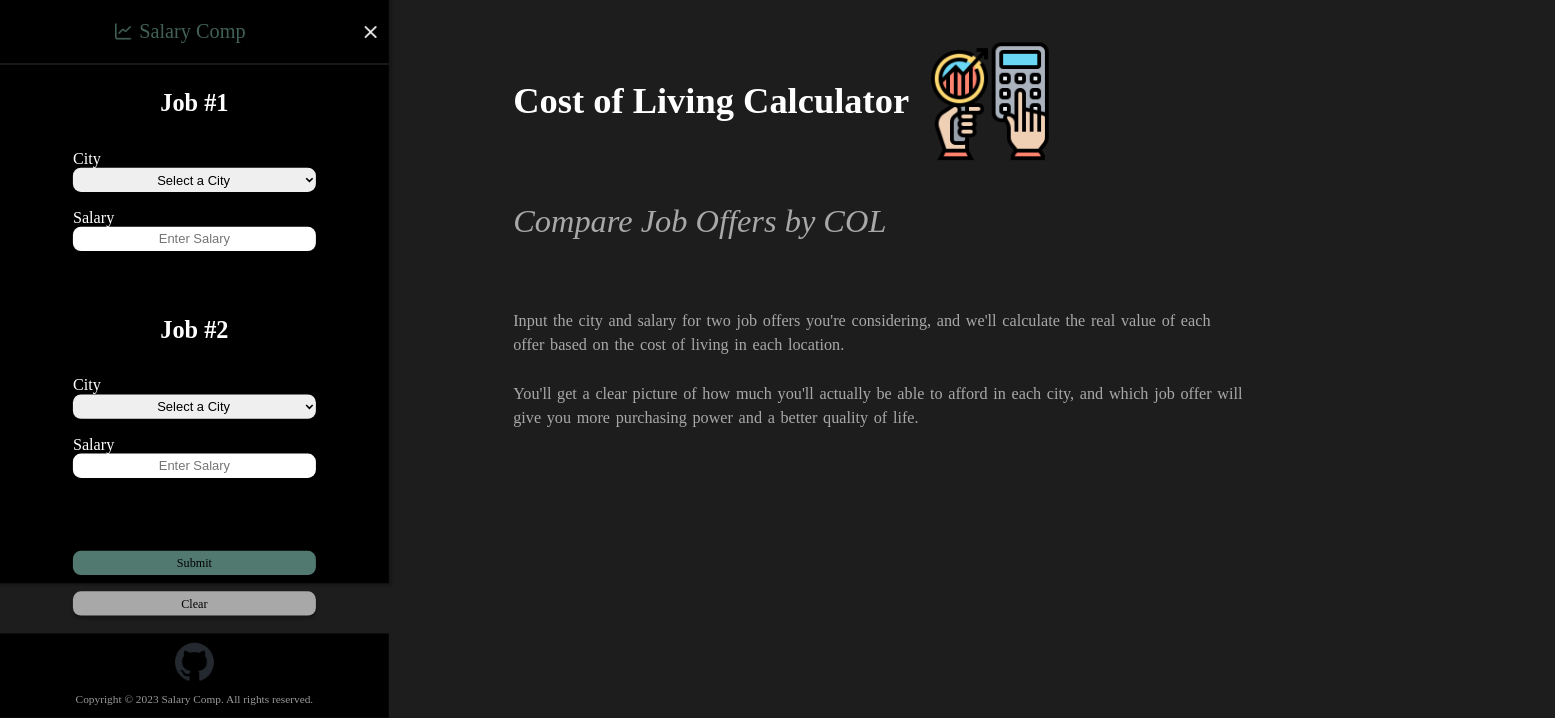
Repository: robbymcd/Salary-Comp
Page: /
These files come from the project's save history. The page is drawn as it stood at one moment and after the next save; the edit follows.
The browser window is 1920 px wide. The pictures show the whole page, at 81% of full size.
Some web fonts or font styles are not loaded; a fallback is used. The project was rebuilt for these pictures with package versions that can differ from the ones it lists, and the page was loaded fresh each time. Also part of the build but not shown: src/Main.css, src/Main.js.

Above is the page before, as saved 2023-06-16 11:23:52.

### public/index.html
<!DOCTYPE html>
<html lang="en">
  <head>
    <meta charset="utf-8" />
    <link rel="icon" href="%PUBLIC_URL%/favicon.ico" />
    <meta name="viewport" content="width=device-width, initial-scale=1" />
    <meta name="theme-color" content="#000000" />
    <meta
      name="description"
      content="Compare Job Offers by COL"
    />
    <link rel="apple-touch-icon" href="%PUBLIC_URL%/logo192.png" />
    <!--
      manifest.json provides metadata used when your web app is installed on a
      user's mobile device or desktop. See https://developers.google.com/web/fundamentals/web-app-manifest/
    -->
    <link rel="manifest" href="%PUBLIC_URL%/manifest.json" />
    <!--
      Notice the use of %PUBLIC_URL% in the tags above.
      It will be replaced with the URL of the `public` folder during the build.
      Only files inside the `public` folder can be referenced from the HTML.

      Unlike "/favicon.ico" or "favicon.ico", "%PUBLIC_URL%/favicon.ico" will
      work correctly both with client-side routing and a non-root public URL.
      Learn how to configure a non-root public URL by running `npm run build`.
    -->
    <title>Salary Comp</title>
  </head>
  <body>
    <noscript>You need to enable JavaScript to run this app.</noscript>
    <div id="root"></div>
    <!--
      This HTML file is a template.
      If you open it directly in the browser, you will see an empty page.

      You can add webfonts, meta tags, or analytics to this file.
      The build step will place the bundled scripts into the <body> tag.

      To begin the development, run `npm start` or `yarn start`.
      To create a production bundle, use `npm run build` or `yarn build`.
    -->
  </body>
</html>

### src/index.css
body {
  margin: 0;
  font-family: -apple-system, BlinkMacSystemFont, 'Segoe UI', 'Roboto', 'Oxygen',
    'Ubuntu', 'Cantarell', 'Fira Sans', 'Droid Sans', 'Helvetica Neue',
    sans-serif;
  -webkit-font-smoothing: antialiased;
  -moz-osx-font-smoothing: grayscale;
  height: 100%;
  width: 100%;
}

html {
  height: 100%;
  width: 100%;
  background-color: #1D1D1D;
}

code {
  font-family: source-code-pro, Menlo, Monaco, Consolas, 'Courier New',
    monospace;
}

### src/App.js
import React, { useState } from 'react';
import './App.css';
import Sidebar from './Sidebar.js';
import Content from './Content.js';

function App() {
  const [isSubmitted, setIsSubmitted] = useState(false);
  const [cityCOL1, setCityCOL1] = useState('');
  const [cityCOL2, setCityCOL2] = useState('');
  const [cityName1, setCityName1] = useState('');
  const [cityName2, setCityName2] = useState('');
  const [salary1, setSalary1] = useState('');
  const [salary2, setSalary2] = useState('');

  const handleFormSubmit = (formData) => {
    setIsSubmitted(true);
    setCityCOL1(formData.cityCOL1);
    setCityCOL2(formData.cityCOL2);
    setCityName1(formData.cityName1);
    setCityName2(formData.cityName2);
    setSalary1(formData.salary1);
    setSalary2(formData.salary2);
  };

  return (
    <div className="main">
        <Sidebar onFormSubmit={handleFormSubmit}/>
        <Content isSubmitted={isSubmitted} cityCOL1={cityCOL1} cityCOL2={cityCOL2} cityName1={cityName1} cityName2={cityName2} salary1={salary1} salary2={salary2} />
    </div>
  );
}

export default App;

### src/App.css
.main {
    display: flex;
    flex-direction: row;
    height: 200%;
    width: 100%;
    background-color: #1D1D1D;
}

### src/Sidebar.js
import React, { useState, useRef } from 'react';
import plus from './plus.png';
import './Sidebar.css';
import chart from './chart.png';
import github from './github.png';
import x from './x.png';
import './OpenSidebar.css';
import './Select.css';

export default function Sidebar( { onFormSubmit } ) {
    const [isOpen, setIsOpen] = useState(true);
    const [isClosed, setIsClosed] = useState(false);

    const [city1, setCity1] = useState('0');
    const [city2, setCity2] = useState('0');

    const [salary1, setSalary1] = useState('');
    const [salary2, setSalary2] = useState('');


    const [error, setError] = useState(false);

    const selectRef1 = useRef(null);
    const selectRef2 = useRef(null);

    const formatSalary = (salary) => {
        salary = salary.replace(/[^0-9]/g, '');

        // Convert the salary to a number and format it with commas
        const formattedSalary = Number(salary).toLocaleString();

        // Add the '$' symbol
        return '$' + formattedSalary;
    }

    const openSidebar = () => {
        setIsOpen(true);
        setIsClosed(false);
    }

    const closeSidebar = () => {
        setIsOpen(false);
        setIsClosed(true);
    }

    const city1ChangeHandler = (event) => {
        setCity1(event.target.value)
    }

    const city2ChangeHandler = (event) => {
        setCity2(event.target.value);
    }


    const salary1ChangeHandler = (event) => {
        const inputValue = event.target.value;
        const formattedValue = formatSalary(inputValue);
        const regex = /\d/;

        if (regex.test(formattedValue[formattedValue.length - 1])) {
          setSalary1(formattedValue);
        } else {
            setSalary1(formattedValue.slice(0, formattedValue.length - 1));
        }
      }


    const salary2ChangeHandler = (event) => {
        const inputValue = event.target.value;
        const formattedValue = formatSalary(inputValue);
        const regex = /\d/;
        if (regex.test(formattedValue[formattedValue.length - 1])) {
            setSalary2(formattedValue);
        } else {
            setSalary2(formattedValue.slice(0, formattedValue.length - 1));
        }
    }

    const refresh = () => {
        window.location.reload(false);
    }

    const submitHandler = (event) => {
        event.preventDefault();
        if (city1 === '0' | city2 === '0' | salary1 === '' | salary2 === '') {
            setError(true);
            return;
        }
        setError(false);
        const formData = {
            cityCOL1: city1,
            cityCOL2: city2,
            cityName1: selectRef1.current.options[selectRef1.current.selectedIndex].text,
            cityName2: selectRef2.current.options[selectRef2.current.selectedIndex].text,
            salary1: salary1,
            salary2: salary2
        };
        onFormSubmit(formData);
    }

    const clearHandler = (event) => {
        event.preventDefault();
        setError(false);
        setCity1('0');
        setCity2('0');
        setSalary1('');
        setSalary2('');
    }

    return (
        <div className="sidebar">
            {isClosed && (
                <div className='closed-sidebar'>
                <img
                    className="plusIcon"
                    src={plus}
                    alt="plus"
                    onClick={openSidebar}
                />
            </div>
            )}
            {isOpen && (
                <div className='open-sidebar'>
                <div className='sidebar-header'>
                    <div className='logo' onClick={refresh}>
                        <img className='chart' src={chart} alt='Chart'></img>
                        <p>Salary Comp</p>
                    </div>
                    <img className='x' src={x} alt='x' onClick={closeSidebar}></img>
                </div>
                <form className='form' onSubmit={onFormSubmit}>
                    <h1>Job #1</h1>
                    <div className='city'>
                        <label>City</label>
                        <div className="select-main">
                            <select ref={selectRef1} value={city1} className='select-input' onChange={city1ChangeHandler}>
                                <option value='0'>Select a City</option>
                                <option value='89.1'>Abilene, TX</option>
                                <option value='90.5'>Adrian, MI</option>
                                <option value='89.4'>Akron, OH</option>
                                <option value='85.8'>Alamogordo, NM</option>
                                <option value='87.3'>Albany, GA</option>
                                <option value='105.4'>Albany, OR</option>
                                <option value='100.1'>Albany, NY</option>
                                <option value='90.9'>Albertville, AL</option>
                                <option value='92.9'>Albuquerque, NM</option>
                                <option value='86.2'>Alexandria, LA</option>
                                <option value='98.9'>Allentown, PA</option>
                                <option value='90.8'>Altoona, PA</option>
                                <option value='88.2'>Amarillo, TX</option>
                                <option value='91.5'>Ames, IA</option>
                                <option value='110.7'>Anchorage, AK</option>
                                <option value='99.3'>Ann Arbor, MI</option>
                                <option value='85.7'>Anniston, AL</option>
                                <option value='90.7'>Appleton, WI</option>
                                <option value='103.3'>Asheville, NC</option>
                                <option value='87.4'>Ashtabula, OH</option>
                                <option value='88.5'>Athens, OH</option>
                                <option value='92.9'>Athens, TX</option>
                                <option value='95'>Athens, GA</option>
                                <option value='100.3'>Atlanta, GA</option>
                                <option value='102'>Atlantic City, NJ</option>
                                <option value='93.7'>Auburn, NY</option>
                                <option value='91.9'>Auburn, AL</option>
                                <option value='91.6'>Augusta, GA</option>
                                <option value='100'>Augusta, ME</option>
                                <option value='106.6'>Austin, TX</option>
                                <option value='102.9'>Bakersfield, CA</option>
                                <option value='107'>Baltimore, MD</option>
                            </select>
                        </div>
                    </div>
                    <div className='salary'>
                        <label>Salary</label>
                        <input className='salary-input' type='text' placeholder='Enter Salary' onChange={salary1ChangeHandler} value={salary1}></input>
                    </div>
                    <h1>Job #2</h1>
                    <div className='city'>
                        <label>City</label>
                        <div className="select-main">
                            <select ref={selectRef2} value={city2} className='select-input' onChange={city2ChangeHandler}>
                                <option value='0'>Select a City</option>
                                <option value='89.1'>Abilene, TX</option>
                                <option value='90.5'>Adrian, MI</option>
                                <option value='89.4'>Akron, OH</option>
                                <option value='85.8'>Alamogordo, NM</option>
                                <option value='87.3'>Albany, GA</option>
                                <option value='105.4'>Albany, OR</option>
                                <option value='100.1'>Albany, NY</option>
                                <option value='90.9'>Albertville, AL</option>
                                <option value='92.9'>Albuquerque, NM</option>
                                <option value='86.2'>Alexandria, LA</option>
                                <option value='98.9'>Allentown, PA</option>
                                <option value='90.8'>Altoona, PA</option>
                                <option value='88.2'>Amarillo, TX</option>
                                <option value='91.5'>Ames, IA</option>
                                <option value='110.7'>Anchorage, AK</option>
                                <option value='99.3'>Ann Arbor, MI</option>
                                <option value='85.7'>Anniston, AL</option>
                                <option value='90.7'>Appleton, WI</option>
                                <option value='103.3'>Asheville, NC</option>
                                <option value='87.4'>Ashtabula, OH</option>
                                <option value='88.5'>Athens, OH</option>
                                <option value='92.9'>Athens, TX</option>
                                <option value='95'>Athens, GA</option>
                                <option value='100.3'>Atlanta, GA</option>
                                <option value='102'>Atlantic City, NJ</option>
                                <option value='93.7'>Auburn, NY</option>
                                <option value='91.9'>Auburn, AL</option>
                                <option value='91.6'>Augusta, GA</option>
                                <option value='100'>Augusta, ME</option>
                                <option value='106.6'>Austin, TX</option>
                                <option value='102.9'>Bakersfield, CA</option>
                                <option value='107'>Baltimore, MD</option>
                            </select>
                        </div>
                    </div>
                    <div className='salary'>
                        <label>Salary</label>
                        <input className='salary-input' type='text' placeholder='Enter Salary' onChange={salary2ChangeHandler} value={salary2}></input>
                        {error && <p className='error'>Please fill out all fields</p>}
                    </div>
                    <div className='button-container'>
                        <div className='submit-container'>
                            <button className='submit' onClick={submitHandler} type='submit'>Submit</button>
                        </div>
                        <div className='clear-container'>
                            <button className='clear' onClick={clearHandler}>Clear</button>
                        </div>
                    </div>
                </form>
                <div className='footer'>
                    <img className='github' src={github} alt='github'></img>
                    <p className='copyright'>Copyright © 2023 Salary Comp. All rights reserved.</p>
                </div>
            </div>
            )}
        </div>
    );
}

### src/Content.js
import React from 'react';
import './Content.css';
import Instruction from './Instruction.js';
import Main from './Main.js';

export default function Content({ isSubmitted ,cityCOL1 ,cityCOL2, cityName1, cityName2 , salary1, salary2 }) {

    return (
        <div className='Content-container'>
            {isSubmitted ? <Main cityCOL1={cityCOL1} cityCOL2={cityCOL2} cityName1={cityName1} cityName2={cityName2} salary1={salary1} salary2={salary2}/> : <Instruction />}
        </div>
    );
}

### src/Sidebar.css
@import url('https://fonts.googleapis.com/css?family=Roboto-Mono');
@import url('https://fonts.googleapis.com/css?family=Mukta-Vaani');
.sidebar {
    display: flex;
    height: 100vh;
    width: fit-content;
}

.closed-sidebar {
    display: flex;
    height: 100vh;
    width: fit-content;
    margin-right: 22vw;
}

.plusIcon {
    height: 30px;
    width: 30px;
    margin-left: 20px;
    align-self: center;
    cursor: pointer;
}

.plusIcon:hover {
    opacity: 0.5;
}

.error {
    display: flex;
    font-size: 15px;
    margin-bottom: -15px;
    color: #BA1F33;
}

.button-container {
    display: flex;
    flex-direction: column;
    gap: 10px;
    margin-top: 20px;
}

.submit-container {
    display: flex;
}

.submit {
    height: 30px;
    width: clamp(100px, 20vw, 300px);
    border-radius: 10px;
    border: none;
    outline: none;
    cursor: pointer;
    background-color: #52796F;
    font-family: Mukta Vaani;
    font-size: 15px;
    color: #000;
    box-shadow: 0px 4px 4px rgba(0, 0, 0, 0.25);
}

.submit:hover {
    opacity: 0.8;
}

.clear-container {
    display: flex;
}

.clear {
    height: 30px;
    width: clamp(100px, 20vw, 300px);
    border-radius: 10px;
    border: none;
    outline: none;
    cursor: pointer;
    background-color: #a8a8a8;
    font-family: Mukta Vaani;
    font-size: 15px;
    color: #000;
    box-shadow: 0px 4px 4px rgba(0, 0, 0, 0.25);
}

.clear:hover {
    opacity: 0.8;
}

@media screen and (min-width: 1650px) {
    .button-container {
        gap: 20px;
    }
}

### src/OpenSidebar.css
@import url('https://fonts.googleapis.com/css?family=Roboto-Mono');
@import url('https://fonts.googleapis.com/css?family=Mukta-Vaani');

.open-sidebar {
    display: flex;
    flex-direction: column;
    height: 100vh;
    width: 25vw;
    background-color: #000;
    box-shadow: 0px 0px 4px 4px rgba(0, 0, 0, 0.25);
    margin-right: 8vw;
    transition: transform 0.3s ease-in-out;
}

.sidebar-header {
    display: flex;
    width: 25vw;
    border-bottom: 2px solid #1d1d1d;
    justify-content: space-between;
    align-items: center;
}

.sidebar-wrapper {
    display: inline-block;
}

.centering {
    display: flex;
    flex-direction: row;
    width: 100%;
    align-self: center;
    align-items: center;
    justify-content: center;
}

.logo {
    display: flex;
    flex-direction: row;
    width: 100%;
    align-items: center;
    justify-content: center;
    gap: 10px;
    cursor: pointer;
}

.logo:hover {
    opacity: .8;
}

.logo p {
    font-family: Roboto Mono;
    color: #52796F;
    font-size: 25px;
}

.chart {
    height: 20px;
    width: 20px;
}

.city {
    display: flex;
    flex-direction: column;
    font-family: Mukta Vaani;
    font-style: normal;
    font-weight: 300;
    font-size: 20px;
    color: #fff;
}

.salary{
    display: flex;
    flex-direction: column;
    font-family: Mukta Vaani;
    font-style: normal;
    font-weight: 300;
    font-size: 20px;
    color: #fff;
}

.salary label {
    display: flex;
    justify-self: center;
}

.form {
    display: flex;
    flex-direction: column;
    font-family: Mukta Vaani;
    height: 100%;
    align-items: center;
    gap: 20px;
    border-bottom: 2px solid #1d1d1d;
    justify-content: center;
    padding: 20px;
}

.form h1 {
    color: #fff;
    font-family: Roboto Mono;
    font-size: 30px;
    font-weight: 700;
    font-style: normal;
    text-align: center;
    margin-top: 10px;
    margin-bottom: 0px;
}

select {
    cursor: pointer;
}

input {
    text-decoration: none;
    height: 30px;
    width: clamp(100px, 20vw, 300px);
    border-radius: 10px;
    outline: none;
    border: none;
    padding: 0;
    text-align: center;
    font-size: 16px;
    cursor: pointer;
}

.salarycomp {
    height: 80px;
    width: 360px;
}

.x {
    height: 25px;
    width: 25px;
    cursor: pointer;
    margin-right: 10px;
}

.x:hover {
    opacity: 0.5;
    transition: ease-in-out 0.2s;
}

.footer {
    display: flex;
    flex-direction: column;
    align-items: center;
    justify-content: center;
    width: 100%;
    background-color: #000;
}

.footer p {
    color: #fff;
    opacity: .6;
    font-family: 'Mukta Vaani';
    font-style: normal;
    font-weight: 300;
    font-size: 14px;
}

.hiw {
    text-decoration: underline;
    cursor: pointer;
}

.hiw:hover {
    opacity: 0.5;
}

.github {
    height: 50px;
    width: 50px;
    margin-top: 10px;
    cursor: pointer;
}

.github:hover {
    opacity: 0.8;
}

@media screen and (max-width: 1000px) {
    .footer p {
        font-size: 10px;
    }
}

@media screen and (min-width: 1650px) {
    .form h1 {
        margin-bottom: 20px;
    }

    input {
        margin-bottom: 50px;
    }
}

### src/Select.css
.select-main {
    text-decoration: none;
    height: 30px;
    width: clamp(100px, 20vw, 300px);
    border-radius: 10px;
    outline: none;
    text-align: center;
    font-size: 16px;
}

.select-main select {
    text-align: center;
    text-decoration: none;
    outline: none;
    border: none;
    height: 30px;
    width: clamp(100px, 20vw, 300px);
    border-radius: 10px;
    font-size: 16px;
    padding-left: 10px;
}

### src/Content.css
@import url('https://fonts.googleapis.com/css?family=Kadwa');
@import url('https://fonts.googleapis.com/css?family=Hind-Madurai');

.Content-container {
    display: flex;
    width: 100%;
}

.header {
    display: flex;
    flex-direction: row;
    align-items: center;
    margin-top: 50px;
    gap: 25px;
}

.content h1 {
    font-family: Kadwa;
    font-weight: bold;
    font-size: 45px;
    height: 100%;
    margin: 0;
}

.content h2 {
    font-family: Hind Madurai;
    font-size: 40px;
    color: #a8a8a8;
    margin-top: 50px;
    width: 75%;
    font-weight: 500;
    font-style: italic;
}

.content p {
    display: flex;
    width: 50vw;
    font-family: Hind Madurai;
    font-size: 20px;
    color: #a8a8a8;
    word-spacing: 2px;
    line-height: 1.5;
    margin-top: 50px;
    width: 70%;
}

.content {
    display: flex;
    flex-direction: column;
    color: #fff;
    height: fit-content;
    width: 100%;
    justify-items: center;
}

.calculator {
    display: flex;
    height: 150px;
    width: 150px;
}

### src/Instruction.js
import calculator from './calculator.png';

export default function Instruction() {
    return (
        <div className="content">
            <div className="header">
                <h1>Cost of Living Calculator</h1>
                <img className="calculator" src={calculator} alt='calculator'></img>
            </div>
            <h2>Compare Job Offers by COL</h2>
            <p>Input the city and salary for two job offers you're considering, and we'll calculate the real value of each offer based on the cost of living in each location.<br/><br/>You'll get a clear picture of how much you'll actually be able to afford in each city, and which job offer will give you more purchasing power and a better quality of life.
            </p>
        </div>
    );
}

Loaded but not shown: src/index.js (common file); src/reportWebVitals.js (common file)

After the next save:
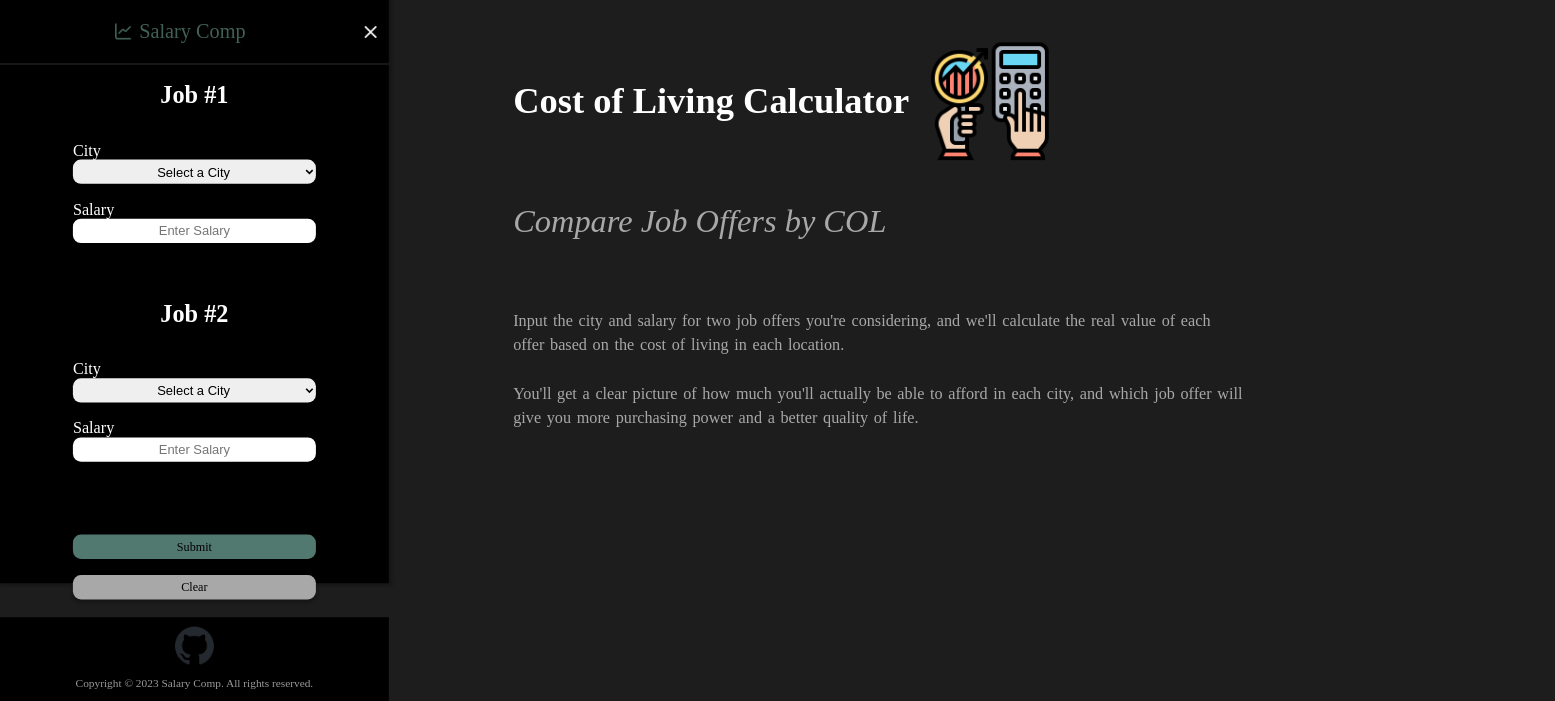
Saved 21 s later.
--- a/src/OpenSidebar.css
+++ b/src/OpenSidebar.css
@@ -186,6 +186,7 @@ input {
 
 @media screen and (min-width: 1650px) {
     .form h1 {
+        margin-top: 0;
         margin-bottom: 20px;
     }
 
